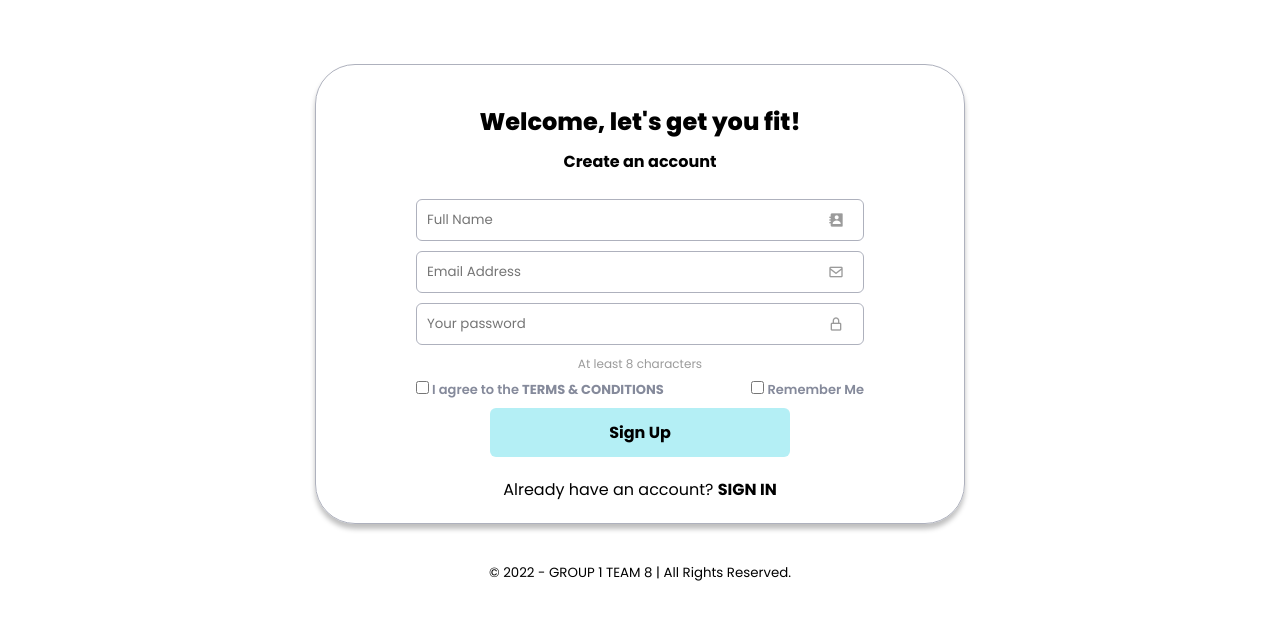
Repository: Rellzcodez/Group1-Team8
Page: pages/signup.html
An editor plug-in stored every save of this project. The page is shown before and after a run of saves, followed by the edit.
The browser window is 1280 px wide. The pictures show the whole page.

Above is the page before, as saved 2022-09-12 14:05:36.

### pages/signup.html
<!DOCTYPE html>
<html lang="en">
    <head>
        <meta charset="UTF-8">
        <meta http-equiv="X-UA-Compatible" content="IE=edge">
        <meta name="viewport" content="width=device-width, initial-scale=1.0">
        <link href='https://unpkg.com/boxicons@2.1.2/css/boxicons.min.css' rel='stylesheet'>
        <link rel="stylesheet" href="/css/signup.css">
        <link rel="preconnect" href="https://fonts.googleapis.com">
        <link rel="preconnect" href="https://fonts.gstatic.com" crossorigin>
        <link href="https://fonts.googleapis.com/css2?family=Poppins:wght@100&display=swap" rel="stylesheet">
        <link rel="shortcut icon" href="/images/favicon-32x32.png" type="image/x-icon">
        <title>SIGN UP</title>
    </head>
    <body>

        <div class="form-container">
            <div class="form-container-desc">
                <h1>Welcome, let's get you fit!</h1>
                <p><b>Create an account</b></p>
            </div>
            <form action="#" class="login active">
                <div class="input-group">
                    <input type="text" placeholder="Full Name" id="fullname" required>
                    <i class='bx bxs-contact'></i>
                </div>

                <div  class="input-group">
                    <input type="email" placeholder="Email Address" id="emailAddress" required>
                    <i class='bx bx-envelope'></i>
                </div>

                <div  class="input-group">
                    <input type="password" pattern=".{8,}" id="password" placeholder="Your password" required>
                    <i class='bx bx-lock-alt' ></i>
                </div>
                <span class="help-text">At least 8 characters</span>

                <div class="terms">
                    <label class="checkbox_label" for="terms">
                        <input type="checkbox" id="terms" name="terms">
                     I agree to the <b>TERMS & CONDITIONS</b>
                    </label>
                    <label class="checkbox_label" for="remember_me">
                        <input type="checkbox" id="remember_me" name="terms"> Remember Me</label>
                </div>

                <a href="#"><button type="submit" class="signup"><b>Sign Up</b></button></a>

            <p  class="cta">Already have an account? <a class="a" href="signin.html" onclick="switchForm('login', event)"><b>SIGN IN</b></a> </p>

            </form>
        </div>

        <footer>
            <small class="footer-small">&copy; 2022 - GROUP 1 TEAM 8 | All Rights Reserved.</small>
        </footer>
    </body>

</html>

### css/signup.css
@import url("https://fonts.googleapis.com/css2?family=Poppins:wght@400;600;700;800&display=swap");

*{
    padding: 0;
    margin: 0;
    box-sizing: border-box;
}

body{
    place-items: center;
    align-items: center;
    font-family: 'Poppins', sans-serif;
}
button, input, a{
    font-family: 'Poppins', sans-serif;
}
h1 {
    font-weight: 800;
    padding-top: 2%;
}

p {
    font-weight: 700;
    margin: 10px auto 20px;
}

.form-container{
    background: rgba(255, 255, 255, 0.82);
    border: 1px solid #AEB1BD;
    box-shadow: 0px 5px 5px rgba(0, 0, 0, 0.25);
    border-radius: 40px;
    margin: 5% auto;
    width: 650px;
    height: 460px;
    padding: 30px 100px;
}

.form-container .form-container-desc,
form{
    text-align: center;
}
.form-container-desc h1{
    font-size: 24px;
}
form div{
    padding: 5px 0;
}

form label{
    color: #fff;
    display: block;
    padding-bottom: 3px;
    color: #858A9B;

}

form input:not([type='checkbox']) {
    border: 1px solid #D9D9D9;
    outline: none;
    padding: 10px 10px;
    width: 100%;
    border-radius: 2px;
    color: #858A9B;
}

.input-group {
    width: 100%;
    position: relative;
}
.input-group input {
    padding: 12px 40px 12px 20px;
    outline: none;
    border-radius: 6px;
    border: 1px solid #B7B7B7;
    width: 100%;
    transition: all .3s ease;
}

/* Validation */
  .input-group input:focus,
.input-group input:not(:placeholder-shown) {
    border-color: #277FFE;
    background: #F4F2FF;
}
.input-group input:focus + i,
.input-group input:not(:placeholder-shown) + i {
    color: #277FFE;
}
.input-group input:focus:valid {
    box-shadow: 0 0 0 4px #AECFFF;
}

.input-group input:valid:not(:placeholder-shown) {
    border-color:#23AE00;
}
.input-group input:valid:not(:placeholder-shown) + i {
    color:#23AE00;
}
.input-group input:invalid:not(:placeholder-shown) {
    border-color:#FE2727;
}
.input-group input:invalid:not(:placeholder-shown) + i {
    color:#FE2727;
}
.input-group input:focus:invalid {
    box-shadow: 0 0 0 4px #FFD2D2;
}
.input-group input:focus,
.input-group input:focus:placeholder-shown {
    box-shadow: 0 0 0 4px #AECFFF;
}


/* Validation */


  .input-group i {
    position: absolute;
    top: 50%;
    transform: translateY(-50%);
    right: 20px;
    color: #9B9B9B;
    pointer-events: none;
}
span{
    ;
}
 span.help-text {
    font-size: 12px;
    color: #9B9B9B;

}
input{
    margin: 0 auto;
}
#fullname, #emailAddress, #password {
    outline: none;
    border-radius: 6px;
    border: 1px solid #AEB1BD;
    width: 100%;
    transition: all .3s ease;
}

.checkbox_label{
    display: inline;
}

.terms{
    display: flex;
    justify-content: space-between;
    font-weight: 600;
    font-size: 13px;
    padding-bottom: 5px;
}



form input:focus{
    outline: 1px solid cyan;
}
.signup {
    padding: 12px 0;
    width: 300px;
    text-align: center;
    color: #000;
    border-radius: 6px;
    cursor: pointer;
    transition: all .3s ease;
    border: none;
    font-size: 16px;
    font-weight: 500;
    background: #B4EFF5;
    margin-bottom: 20px;
    }
    .signup:hover{
        color: #fff;
        background: #343C59;
    }

.a{text-decoration: none;
    color: black;}

.cta{
    font-weight: inherit;
    margin: 0 auto;
}

        .signup:active {
            background-color: #858A9B;
        }

        .signup:disabled {
            background-color: #CED0D7;
        }

        .sign:hover {
            color: rgb(255, 255, 255);
        }

        .sign:active {
            color: rgb(255, 255, 255);
        }

        .cta a:hover {
            color: #858A9B;
        }

        .a:hover {
            color: #858A9B;
        }

        .a:active {
            color: #858A9B;
        }

.footer-small{
    display: flex;
    justify-content: center;
    font-family: 'Poppins', sans-serif;
    margin-top: -25px;
}

After the next 2 saves:
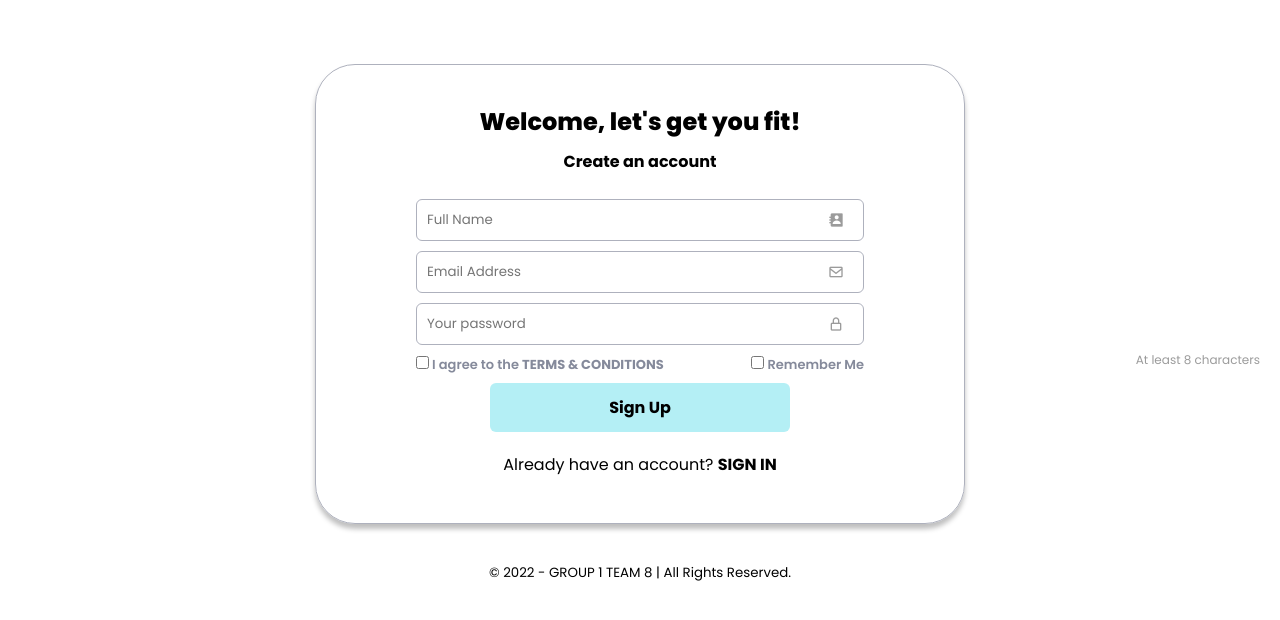
The 2 saves are shown as one change because they came seconds apart.
The last was saved 23 s later.
--- a/css/signup.css
+++ b/css/signup.css
@@ -123,7 +123,12 @@ form input:not([type='checkbox']) {
     pointer-events: none;
 }
 span{
-    ;
+    position: absolute;
+    top: 50%;
+    transform: translateY(-50%);
+    right: 20px;
+    color: #9B9B9B;
+    pointer-events: none;
 }
  span.help-text {
     font-size: 12px;
